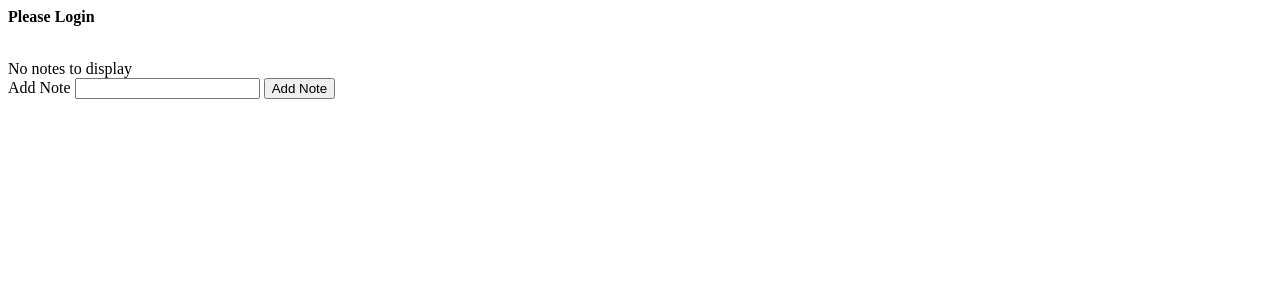
Repository: ramasubbaiya/PHP_Term_1_Course_Work
Page: http://localhost/UserNotes/index.php?do=new
These files come from the project's save history. The page is drawn as it stood at one moment and after the next save; the edit follows.
The browser window is 1280 px wide. The pictures show the whole page.
The page is run by PHP 8.4 with error messages shown; the project is at /var/www/html/. Queries for data that is not in the repository find no rows.

Above is the page before, as saved 2015-04-16 13:39:04.

After the next save:
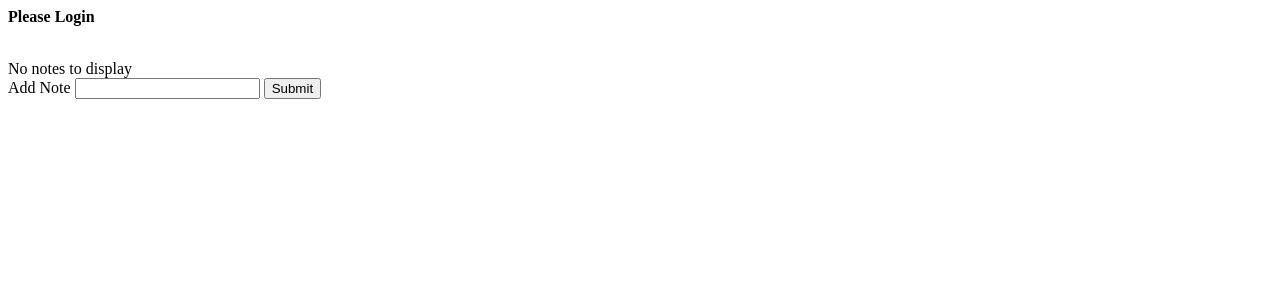
Saved 69 s later.
--- a/ZendStudio/Lambton/UserNotes/index.php
+++ b/ZendStudio/Lambton/UserNotes/index.php
@@ -53,7 +53,7 @@
 <!-- // comment // -->
 <form method="post" action="index.php?do=new">
 		Add Note <input type="text"	name="note">
-			  <input type='submit' value='Add Note' name='notes'>
+			  <input type='submit'  name='notes'>
 		 <br/>
 
 	</form>

After the 3 saves that followed:
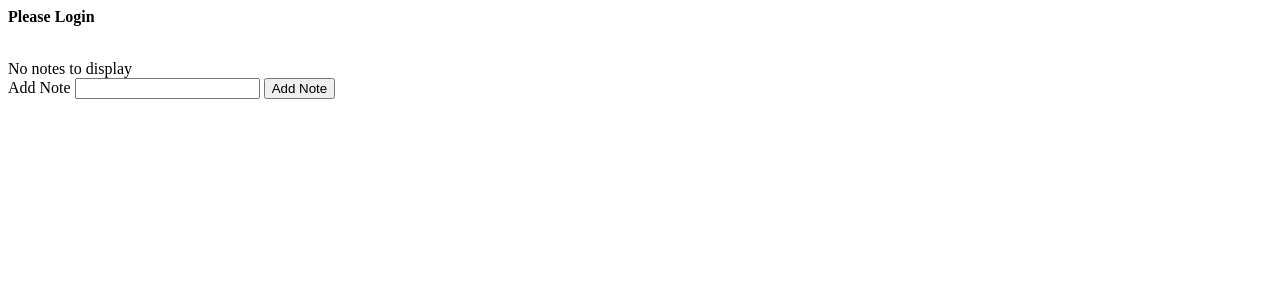
The 3 saves are shown as one change because 2 left the picture as it was.
The last was saved 90 s later.
--- a/ZendStudio/Lambton/UserNotes/index.php
+++ b/ZendStudio/Lambton/UserNotes/index.php
@@ -52,8 +52,8 @@
 
 <!-- // comment // -->
 <form method="post" action="index.php?do=new">
-		Add Note <input type="text"	name="note">
-			  <input type='submit'  name='notes'>
+		Add Note <input type="text"	name="notes" />
+			  <input type='submit' value="Add Note" name='addnote'>
 		 <br/>
 
 	</form>
